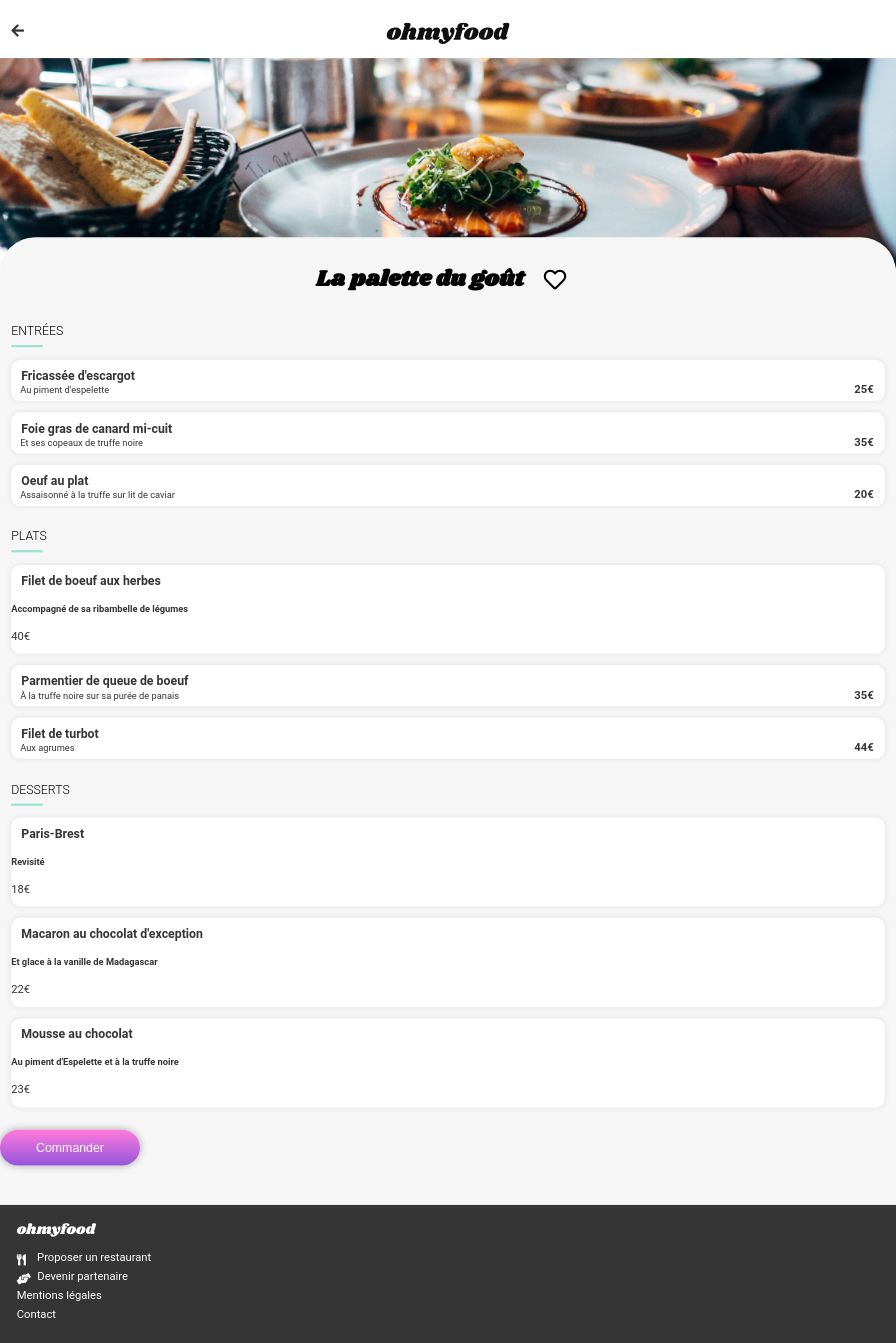
Repository: AlexisTisserand/AlexisTisserand_3_24112020
Page: menu-la-palette-du-gout.html
The author's editor kept a copy of each file at every save. The page is drawn from the files as they stood at one save, then again after the next save.
The browser window is 1280 px wide. The pictures show the whole page, at 70% of full size.
Some web libraries are served in a nearby version. The style sheet was rebuilt from its Sass, Less or Tailwind sources for each picture, by a compiler version that may differ from the author's.

Above is the page before, as saved 2020-12-03 14:47:32.

After the next save:
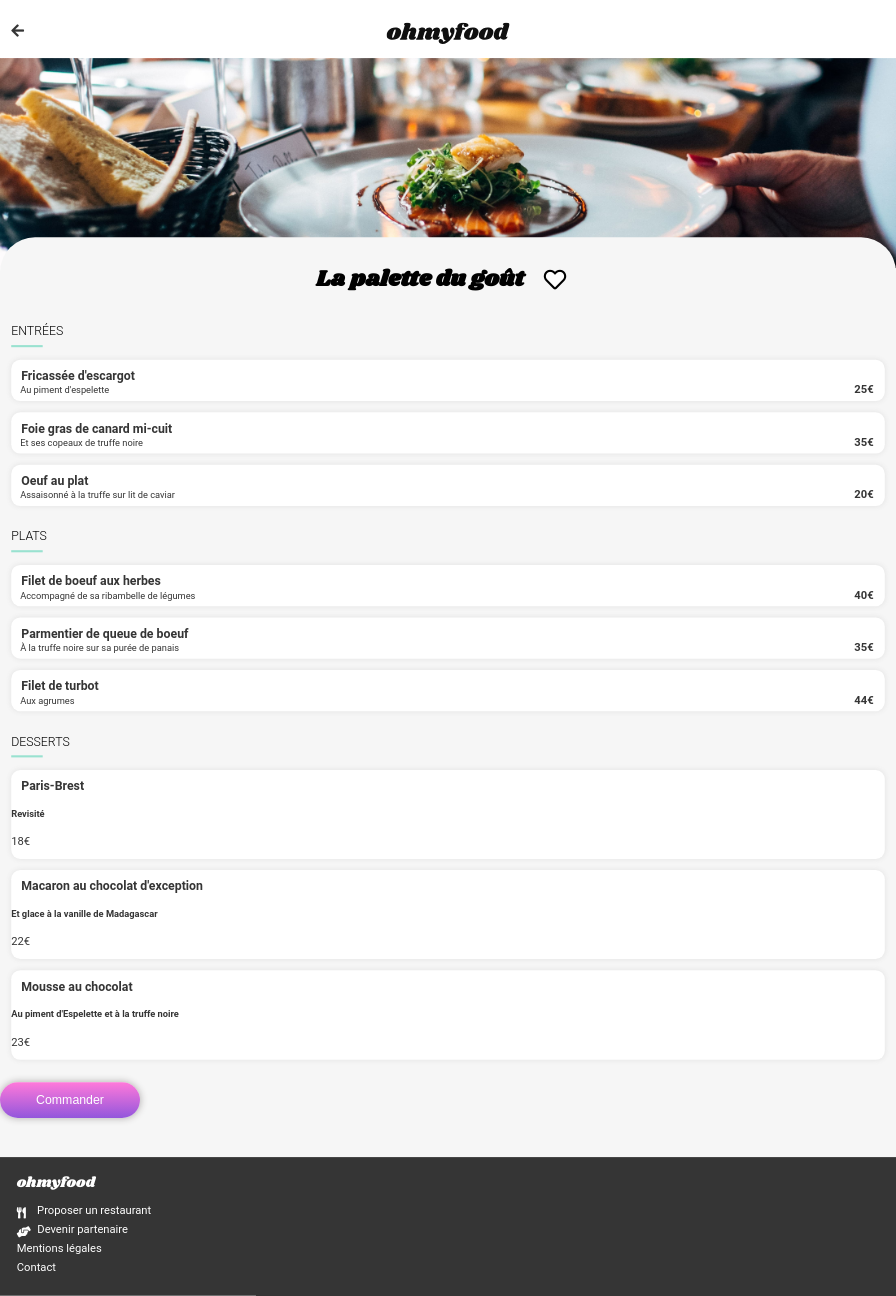
Saved 19 s later.
--- a/menu-la-palette-du-gout.html
+++ b/menu-la-palette-du-gout.html
@@ -75,9 +75,10 @@
                 <div class="restaurant-menu-carte">
                     <div class="restaurant-menu--plats">
                         <h4>Filet de boeuf aux herbes</h4>
-<div class="restaurant-menu--plats--accompagnements"></div>
-                        <h5>Accompagné de sa ribambelle de légumes</h5>
-                        <p>40€</p>
+                        <div class="restaurant-menu--plats--accompagnements">
+                            <h5>Accompagné de sa ribambelle de légumes</h5>
+                            <p>40€</p>
+                    </div>
                     </div>
 
                     <div class="restaurant-menu--plats">
